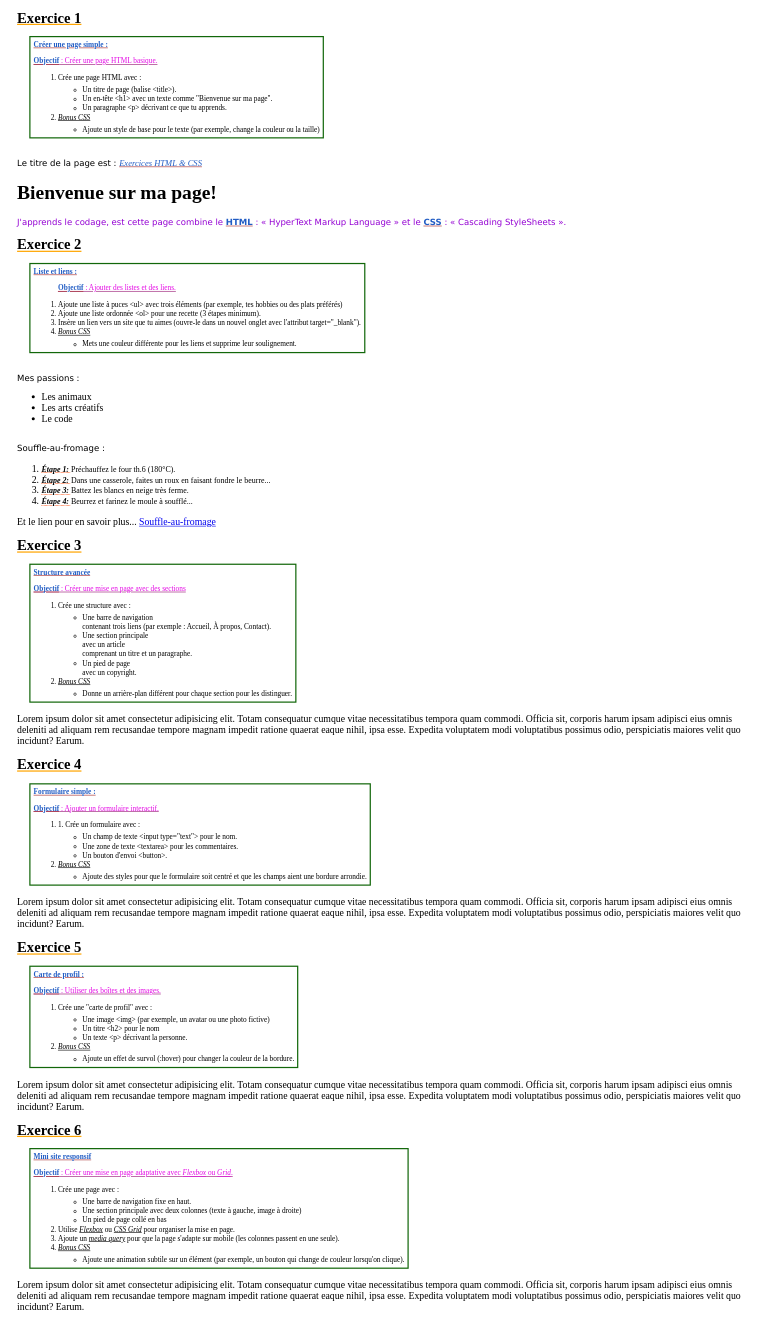
Repository: AnnaSpirit/Mimo_App
Page: Exercices_HTML&CSS.html
The author's editor kept a copy of each file at every save. The page is drawn from the files as they stood at one save, then again after a run of saves.
The browser window is 1280 px wide. The pictures show the whole page, at 61% of full size.

Above is the page before, as saved 2024-12-08 15:55:56.

### Exercices_HTML&CSS.html
<!DOCTYPE html>
<html lang="en">
<head>
    <meta charset="UTF-8">
    <meta name="viewport" content="width=device-width, initial-scale=1.0">
    <link rel="stylesheet" href="styleCSS.css">
    <title>Exercices HTML & CSS</title>
</head>
<body>
<div>
    <span class="Ex">
    <h1>Exercice 1</h1>
    <span class="Consigne"><b>Créer une page simple :</b><br>
        <p><b>Objectif</b> : Créer une page HTML basique.</p>
        <ol>
            <li>Crée une page HTML avec :
                <ul>
                    <li>Un titre de page (balise &lt;title&gt;).</li>
                    <li>Un en-tête &lt;h1&gt; avec un texte comme "Bienvenue sur ma page".</li>
                    <li>Un paragraphe &lt;p&gt; décrivant ce que tu apprends.</li>
                </ul>
            </li>
            <li><em>Bonus CSS</em>
                <ul>
                    <li>Ajoute un style de base pour le texte (par exemple, change la couleur ou la taille)</li>
                </ul>
            </li>
        </ol>
    </span>
    </span>
    <br>
    <br>
    <span class="Resultat">
        <div>
            <span>
                <p>Le titre de la page est : <em>Exercices HTML & CSS</em>
                <h1>Bienvenue sur ma page!</h1>
                <p id="apprend">
                    J'apprends le codage, est cette page combine le <b>HTML</b> : « HyperText Markup Language » et le <b>CSS</b> : « Cascading StyleSheets ».
                </p>
                </p>
            </span>
        </div>
    </span>

</div>
    <div>
        <span class="Ex">
        <h1>Exercice 2</h1>
        <span class="Consigne"><b>Liste et liens :</b>
        <ol>
            <p><b>Objectif</b> : Ajouter des listes et des liens.</p>
            <li>Ajoute une liste à puces &lt;ul&gt; avec trois éléments (par exemple, tes hobbies ou des plats préférés)</li>
            <li>Ajoute une liste ordonnée &lt;ol&gt; pour une recette (3 étapes minimum).</li>
            <li>Insère un lien <a> vers un site que tu aimes (ouvre-le dans un nouvel onglet avec l'attribut target="_blank").</li>
            <li><em>Bonus CSS</em>
                <ul>
                    <li>Mets une couleur différente pour les liens et supprime leur soulignement.</li>
                </ul>
            </li>
        </ol>
    </span>
    </span>
    <br>
    <br>
    <span class="Resultat">
        <p>Mes passions :</p>
        <ul>
            <li>Les animaux</li>
            <li>Les arts créatifs</li>
            <li>Le code</li>
        </ul><br>
        <p>Souffle-au-fromage :</p>
        <ol>
            <li><b class="etape">Étape 1: </b>
                <span class="a_faire">Préchauffez le four th.6 (180°C).</span>
            </li>
            <li><b class="etape">Étape 2: </b>
                <span class="a_faire">Dans une casserole, faites un roux en faisant fondre le beurre...</span>
            </li>
            <li><b class="etape">Étape 3: </b>
                <span class="a_faire">Battez les blancs en neige très ferme.</span>
            </li>
            <li><b class="etape">Étape 4: </b>
                <span class="a_faire">Beurrez et farinez le moule à soufflé...</span>
            </li>
        </ol>
        <p>Et le lien pour en savoir plus...
            <a href="https://www.cuisineaz.com/recettes/souffle-au-fromage-facile-et-rapide-50444.aspx#preparation"
                target="_blank">
                Souffle-au-fromage
            </a>
        </p>
    </span>

    </div>
    <div>
        <span class="Ex">
        <h1>Exercice 3</h1>
        <span class="Consigne"><b>Structure avancée</b><br>
        <p><b>Objectif</b> : Créer une mise en page avec des sections</p>
        <ol>
            <li>Crée une structure avec :</li>
            <ul>
                <li>Une barre de navigation <nav> contenant trois liens (par exemple : Accueil, À propos, Contact).</li>
                <li>Une section principale <main> avec un article <article> comprenant un titre et un paragraphe.</li>
                <li>Un pied de page <footer> avec un copyright.</li>
            </ul>
            <li><em>Bonus CSS </em></li>
            <ul>
                <li>Donne un arrière-plan différent pour chaque section pour les distinguer.</li>
            </ul></li>
        </ol>
    </span>
    </span>
    <br>
    <br>
    <span class="Resultat">Lorem ipsum dolor sit amet consectetur adipisicing elit. Totam consequatur cumque vitae
        necessitatibus tempora quam commodi. Officia sit, corporis harum ipsam adipisci eius omnis deleniti ad aliquam rem
        recusandae tempore magnam impedit ratione quaerat eaque nihil, ipsa esse. Expedita voluptatem modi voluptatibus
        possimus odio, perspiciatis maiores velit quo incidunt? Earum.</span>
    </div>
    <div>
        <span class="Ex">
        <h1>Exercice 4</h1>
    <span class="Consigne"><b>Formulaire simple :</b><br>
        <p><b>Objectif</b> : Ajouter un formulaire interactif.</p>
        <ol>
            <li>1. Crée un formulaire avec :</li>
                <ul>
                    <li>Un champ de texte &lt;input type="text"&gt; pour le nom.</li>
                    <li>Une zone de texte &lt;textarea&gt; pour les commentaires.</li>
                    <li>Un bouton d'envoi &lt;button&gt;.</li>
                </ul>
            </li>
            <li><em>Bonus CSS</em>
                <ul>
                    <li>Ajoute des styles pour que le formulaire soit centré et que les champs aient une bordure arrondie.</li>
                </ul>
            </li>
        </ol>
        </span>
        </span>
        <br>
        <br>
        <span class="Resultat">Lorem ipsum dolor sit amet consectetur adipisicing elit. Totam consequatur cumque vitae
            necessitatibus tempora quam commodi. Officia sit, corporis harum ipsam adipisci eius omnis deleniti ad aliquam rem
            recusandae tempore magnam impedit ratione quaerat eaque nihil, ipsa esse. Expedita voluptatem modi voluptatibus
            possimus odio, perspiciatis maiores velit quo incidunt? Earum.</span>
        </div>
    </div>
    <div>
        <span class="Ex">
        <h1>Exercice 5</h1>
        <span class="Consigne"><b>Carte de profil :</b><br>
            <p><b>Objectif</b> : Utiliser des boîtes et des images.</p>
            <ol>
                <li>Crée une "carte de profil" avec :</li>
                    <ul>
                        <li>Une image &lt;img&gt; (par exemple, un avatar ou une photo fictive)</li>
                    <li>Un titre &lt;h2&gt; pour le nom</li>
                    <li>Un texte &lt;p&gt; décrivant la personne.</li>
                    </ul>
                <li><em>Bonus CSS</em></li>
                    <ul><li>Ajoute un effet de survol (:hover) pour changer la couleur de la bordure.</li></ul>
                </li>
            </ol>
            </span>
            </span>
            <br>
            <br>
            <span class="Resultat">Lorem ipsum dolor sit amet consectetur adipisicing elit. Totam consequatur cumque vitae
                necessitatibus tempora quam commodi. Officia sit, corporis harum ipsam adipisci eius omnis deleniti ad aliquam rem
                recusandae tempore magnam impedit ratione quaerat eaque nihil, ipsa esse. Expedita voluptatem modi voluptatibus
                possimus odio, perspiciatis maiores velit quo incidunt? Earum.</span>
    </div>
    <div>
        <span class="Ex">
        <h1>Exercice 6</h1>
    <span class="Consigne"><b>Mini site responsif</b><br>
        <p><b>Objectif</b> : Créer une mise en page adaptative avec <em class="select">Flexbox</em> ou <em class="select">Grid</em>.
    <ol>
        <li>Crée une page avec :</li>
            <ul>
                <li>Une barre de navigation fixe en haut.</li>
                <li>Une section principale avec deux colonnes (texte à gauche, image à droite)</li>
                <li>Un pied de page collé en bas</li>
            </ul>
        </li>
        <li>Utilise <em class="select">Flexbox</em> ou <em class="select">CSS Grid</em> pour organiser la mise en page.</li>
        <li>Ajoute un <em class="select">media query</em> pour que la page s'adapte sur mobile (les colonnes passent en une seule).</li>
        <li><em>Bonus CSS</em>
            <ul>
                <li>Ajoute une animation subtile sur un élément (par exemple, un bouton qui change de couleur lorsqu'on clique).</li>
            </ul>
        </li>
    </ol>
    </span>
    </span>
    <br>
    <br>
    <span class="Resultat">Lorem ipsum dolor sit amet consectetur adipisicing elit. Totam consequatur cumque vitae
        necessitatibus tempora quam commodi. Officia sit, corporis harum ipsam adipisci eius omnis deleniti ad aliquam rem
        recusandae tempore magnam impedit ratione quaerat eaque nihil, ipsa esse. Expedita voluptatem modi voluptatibus
        possimus odio, perspiciatis maiores velit quo incidunt? Earum.</span>
    </div>
</body>
</html>

### styleCSS.css
html{
    margin: 0 20px 0 20px;
}
.Ex{
    font-size: 12px;
}
.Ex h1{
    font-weight: bold;
    font-size: x-large;
    text-decoration: underline orange;
}
.Ex .Consigne{
    border: 2px solid rgb(18, 103, 10);
        /* Une bordure noire de 2px */
    padding: 5px;
        /* Espace entre le texte et la bordure */
    display: inline-block;
        /* S'assurer que la bordure s'adapte au texte */
    margin: 0 20px;
            /* Décalage de 20px à droite et à gauche */
}
.Ex p{
    text-decoration: underline rgb(149, 18, 112);
    color: rgb(228, 7, 228);
}
.Ex ol,ul {
    margin-top: 5px;
    margin-bottom: 0;
}
.EX b, em{
    font-family: fantasy;
    text-decoration: underline;
}
.EX .select{
    font-style: oblique;
}



Le problème vient de ton sélecteur CSS pour le lien dans .Resultat. Il y a une erreur dans le sélecteur : tu as écrit ..Resultat a avec deux points au début, ce qui n'est pas valide en CSS.

Voici comment corriger le sélecteur et résoudre ton problème :
Correction du CSS

Modifie cette partie :

..Resultat a {
    color: blue;
    text-decoration: underline;
}

en :

.Resultat a {
    color: blue;
    text-decoration: underline;
}

Explication

    En CSS, un sélecteur de classe commence par un seul point (.).
    Le double point .. n’est pas valide et sera ignoré par le navigateur, donc aucun style ne s’applique aux liens dans .Resultat.

Vérifie l'HTML et les balises

Si le lien est toujours en dehors de la bordure après la correction, vérifie que toutes les balises ouvrantes et fermantes sont correctement placées.

Voici une version propre et corrigée de ton HTML :

<span class="Resultat">
    <p>Mes passions :</p>
    <ul>
        <li>Les animaux</li>
        <li>Les arts créatifs</li>
        <li>Le code</li>
    </ul><br>
    <p>Souffle-au-fromage :</p>
    <ol>
        <li><b class="etape">Étape 1: </b>
            <span class="a_faire">Préchauffez le four th.6 (180°C).</span>
        </li>
        <li><b class="etape">Étape 2: </b>
            <span class="a_faire">Dans une casserole, faites un roux en faisant fondre le beurre...</span>
        </li>
        <li><b class="etape">Étape 3: </b>
            <span class="a_faire">Battez les blancs en neige très ferme.</span>
        </li>
        <li><b class="etape">Étape 4: </b>
            <span class="a_faire">Beurrez et farinez le moule à soufflé...</span>
        </li>
    </ol>
    <p>Et le lien pour en savoir plus...
        <a href="https://www.cuisineaz.com/recettes/souffle-au-fromage-facile-et-rapide-50444.aspx#preparation" target="_blank">
            Souffle-au-fromage
        </a>
    </p>
</span>

Autre vérification CSS

Si le problème persiste, il peut être dû à l'overflow ou aux marges des éléments internes. Assure-toi que le conteneur .Resultat englobe bien tout avec ces styles :

.Resultat {
    border: 3px solid brown;
    padding: 20px;
    border-radius: 10px;
    display: inline-block;
    margin: 0 auto;
    overflow: hidden; /* Empêche les débordements */
    max-width: 90%; /* S'assure que tout reste dans une largeur raisonnable */
    box-sizing: border-box; /* Inclut padding dans la taille totale */
}
.Resultat p{
    font-family: 'Lucida Sans', 'Lucida Sans Regular', 'Lucida Grande', 'Lucida Sans Unicode', Geneva, Verdana, sans-serif;
    font-size: 14px;
}
.Resultat em, b{
    color: rgb(33, 92, 196);
    text-decoration: underline brown;
}
.Resultat #apprend{
    color: darkviolet;

}
.Resultat .a_faire, .etape {
    font-family:'Times New Roman', Times, serif;
    color: black;
    font-size: small;
    text-decoration: none;

}
.Resultat .etape {
    font-style: italic;
    text-decoration: underline dotted orangered;
}
.Resultat a {
    color: blue;
    text-decoration: underline;
}

After the next 2 saves:
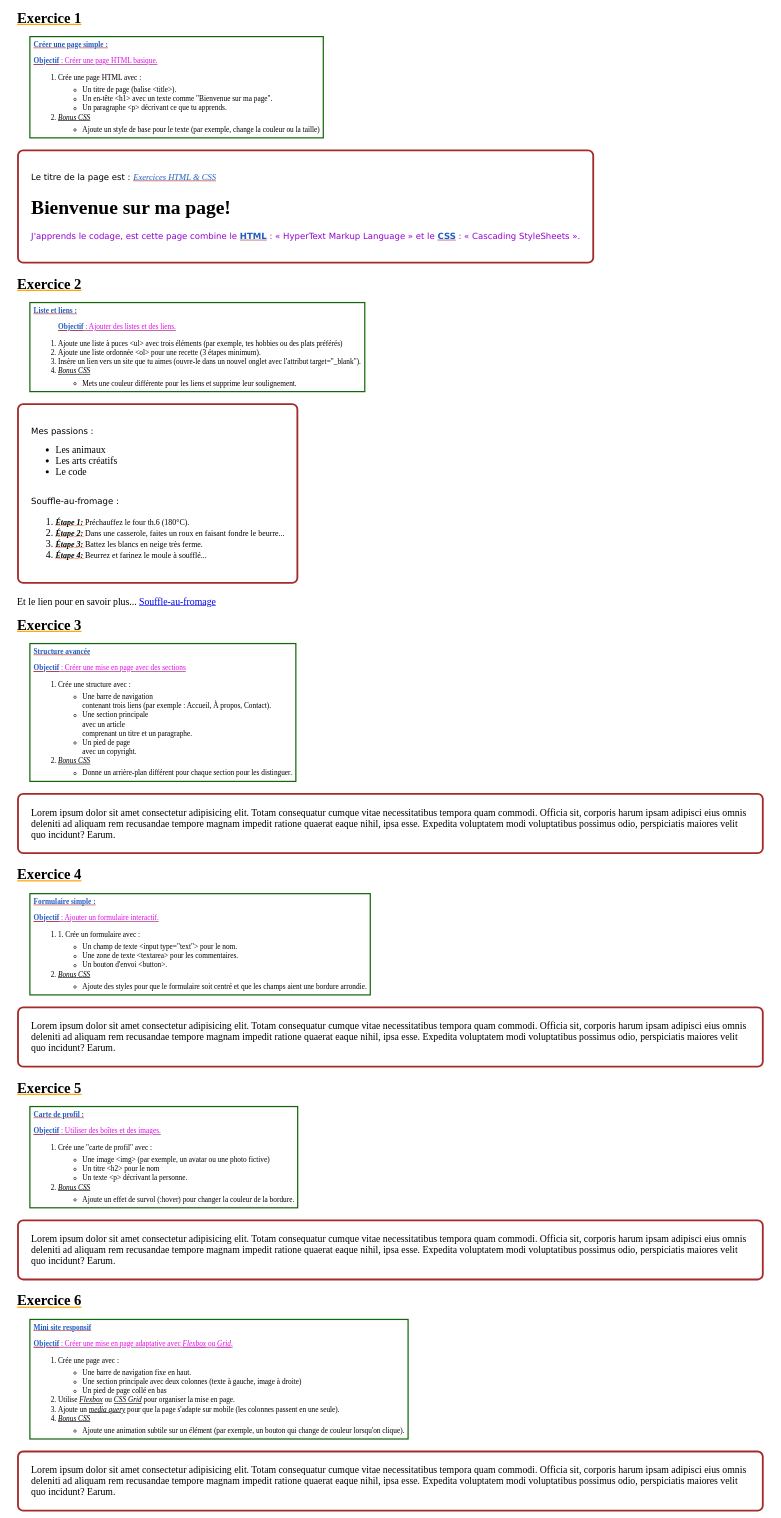
The 2 saves are shown as one change because they came seconds apart.
The last was saved 55 s later.
--- a/styleCSS.css
+++ b/styleCSS.css
@@ -37,78 +37,18 @@ html{
 
 
 
-Le problème vient de ton sélecteur CSS pour le lien dans .Resultat. Il y a une erreur dans le sélecteur : tu as écrit ..Resultat a avec deux points au début, ce qui n'est pas valide en CSS.
-
-Voici comment corriger le sélecteur et résoudre ton problème :
-Correction du CSS
-
-Modifie cette partie :
-
-..Resultat a {
-    color: blue;
-    text-decoration: underline;
-}
-
-en :
-
-.Resultat a {
-    color: blue;
-    text-decoration: underline;
-}
-
-Explication
-
-    En CSS, un sélecteur de classe commence par un seul point (.).
-    Le double point .. n’est pas valide et sera ignoré par le navigateur, donc aucun style ne s’applique aux liens dans .Resultat.
-
-Vérifie l'HTML et les balises
-
-Si le lien est toujours en dehors de la bordure après la correction, vérifie que toutes les balises ouvrantes et fermantes sont correctement placées.
-
-Voici une version propre et corrigée de ton HTML :
-
-<span class="Resultat">
-    <p>Mes passions :</p>
-    <ul>
-        <li>Les animaux</li>
-        <li>Les arts créatifs</li>
-        <li>Le code</li>
-    </ul><br>
-    <p>Souffle-au-fromage :</p>
-    <ol>
-        <li><b class="etape">Étape 1: </b>
-            <span class="a_faire">Préchauffez le four th.6 (180°C).</span>
-        </li>
-        <li><b class="etape">Étape 2: </b>
-            <span class="a_faire">Dans une casserole, faites un roux en faisant fondre le beurre...</span>
-        </li>
-        <li><b class="etape">Étape 3: </b>
-            <span class="a_faire">Battez les blancs en neige très ferme.</span>
-        </li>
-        <li><b class="etape">Étape 4: </b>
-            <span class="a_faire">Beurrez et farinez le moule à soufflé...</span>
-        </li>
-    </ol>
-    <p>Et le lien pour en savoir plus...
-        <a href="https://www.cuisineaz.com/recettes/souffle-au-fromage-facile-et-rapide-50444.aspx#preparation" target="_blank">
-            Souffle-au-fromage
-        </a>
-    </p>
-</span>
-
-Autre vérification CSS
-
-Si le problème persiste, il peut être dû à l'overflow ou aux marges des éléments internes. Assure-toi que le conteneur .Resultat englobe bien tout avec ces styles :
-
-.Resultat {
+.Resultat{
     border: 3px solid brown;
+    /* Une bordure noire de 2px */
     padding: 20px;
+    /* Espace entre le texte et la bordure */
     border-radius: 10px;
+    /* Coins arrondis */
     display: inline-block;
-    margin: 0 auto;
-    overflow: hidden; /* Empêche les débordements */
-    max-width: 90%; /* S'assure que tout reste dans une largeur raisonnable */
-    box-sizing: border-box; /* Inclut padding dans la taille totale */
+    /* S'assurer que la bordure s'adapte au texte */
+    margin: 0 px 0 px;
+    overflow: hidden;
+    /* Empêche les enfants de déborder */
 }
 .Resultat p{
     font-family: 'Lucida Sans', 'Lucida Sans Regular', 'Lucida Grande', 'Lucida Sans Unicode', Geneva, Verdana, sans-serif;
